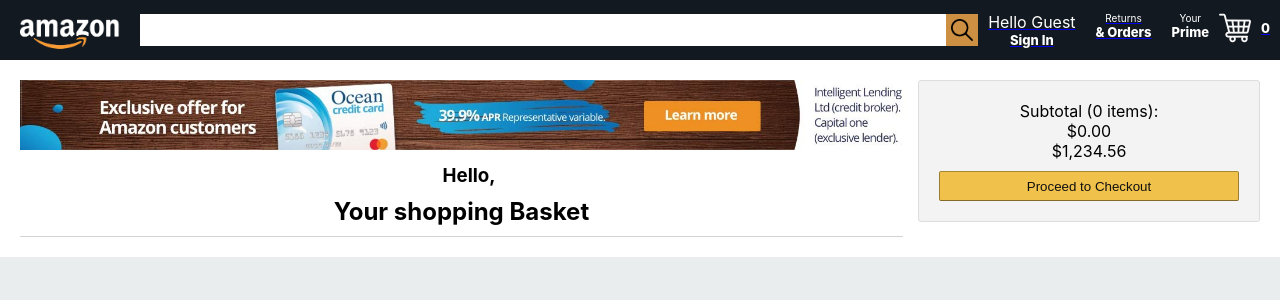
Repository: abdulrahmanmahmood/amazon-clone
Page: /checkout
These files come from the project's save history. The page is drawn as it stood at one moment and after the next save; the edit follows.
The browser window is 1280 px wide. The pictures show the whole page.
The page's requests for data from a server got no answer. The project was rebuilt for these pictures with package versions that can differ from the ones it lists, and the page was loaded fresh each time. No one was signed in, and anything a server would have sent is missing. Also part of the build but not shown: src/components/login.css, src/components/Login.js, src/components/Product.css, src/components/Product.js, src/components/Home.css, src/components/Home.js, src/components/CheckoutProduct.css, src/components/CheckoutProduct.js.

Above is the page before, as saved 2023-08-24 00:12:19.

After the next save:
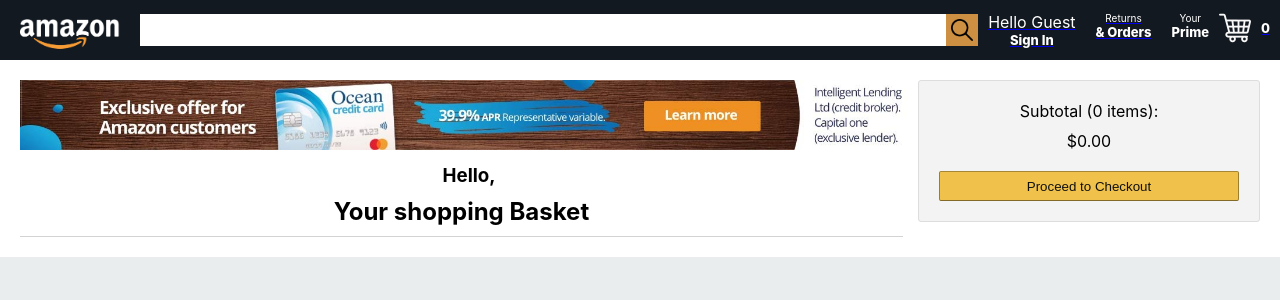
Saved 20 s later.
--- a/src/components/SubTotal.js
+++ b/src/components/SubTotal.js
@@ -12,7 +12,6 @@
     <div className="subtotal">
       <p> Subtotal ({basket.length} items):</p>
       <CurrencyFormat number={(getBasketTotal(basket))} />
-      <CurrencyFormat number={1234.56} />
       <button onClick={()=>Navigate("/payment")}>Proceed to Checkout</button>
     </div>
   );
